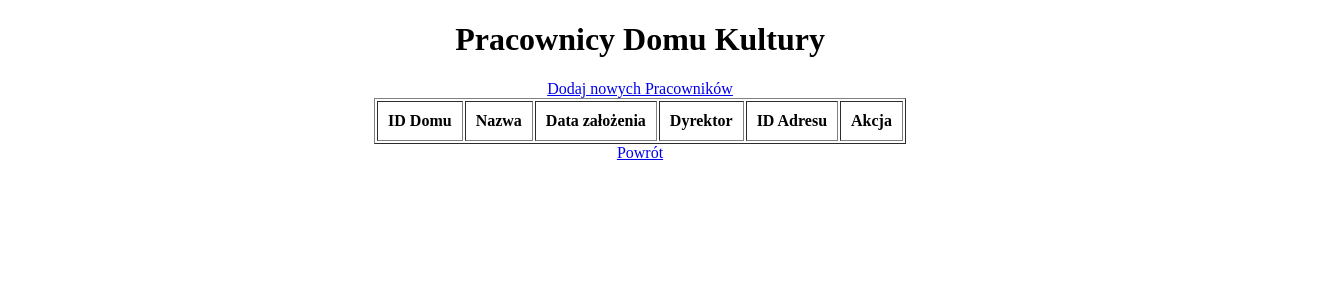
Repository: marcinRuta/houseOfCulture-crud-webapp-database
Page: http://localhost/pracownicy
The author's editor kept a copy of each file at every save. The page is drawn from the files as they stood at one save, then again after the next save.
The browser window is 1280 px wide. The page is 1280 px wide, then 1343 px, so the pictures cover 1343 px, including what lies to the right of the window. The pictures show the whole page.
The page is this project's Thymeleaf template; nobody is signed in. The template is opened directly, without the code that normally fills it, so the values that code supplies are empty.

Above is the page before, as saved 2020-12-29 18:18:37.

After the next save:
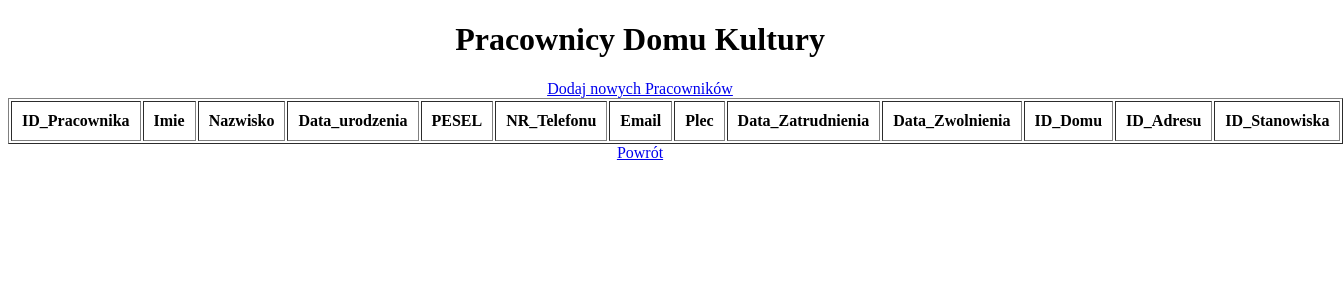
Saved 2 min 11 s later.
--- a/DomKultury/src/main/resources/templates/pracownicy.html
+++ b/DomKultury/src/main/resources/templates/pracownicy.html
@@ -20,12 +20,19 @@
 			<!-- Table header -->
 			<thead>
 				<tr>
-					<th>ID Domu</th>
-					<th>Nazwa</th>
-					<th>Data założenia</th>
-					<th>Dyrektor</th>
-					<th>ID Adresu</th>
-					<th>Akcja</th>
+					<th>ID_Pracownika</th>
+					<th>Imie</th>
+					<th>Nazwisko</th>
+					<th>Data_urodzenia</th>
+					<th>PESEL</th>
+					<th>NR_Telefonu</th>
+					<th>Email</th>
+					<th>Plec</th>
+					<th>Data_Zatrudnienia</th>
+					<th>Data_Zwolnienia</th>
+					<th>ID_Domu</th>
+					<th>ID_Adresu</th>
+					<th>ID_Stanowiska</th>
 				</tr>
 			</thead>
 
@@ -41,8 +48,8 @@
 			</tbody>
 		</table>
 
-			<!-- EXIT -->
-			<a href="/">Powrót</a>
+		<!-- EXIT -->
+		<a href="/">Powrót</a>
 
 	</div>
 </body>
